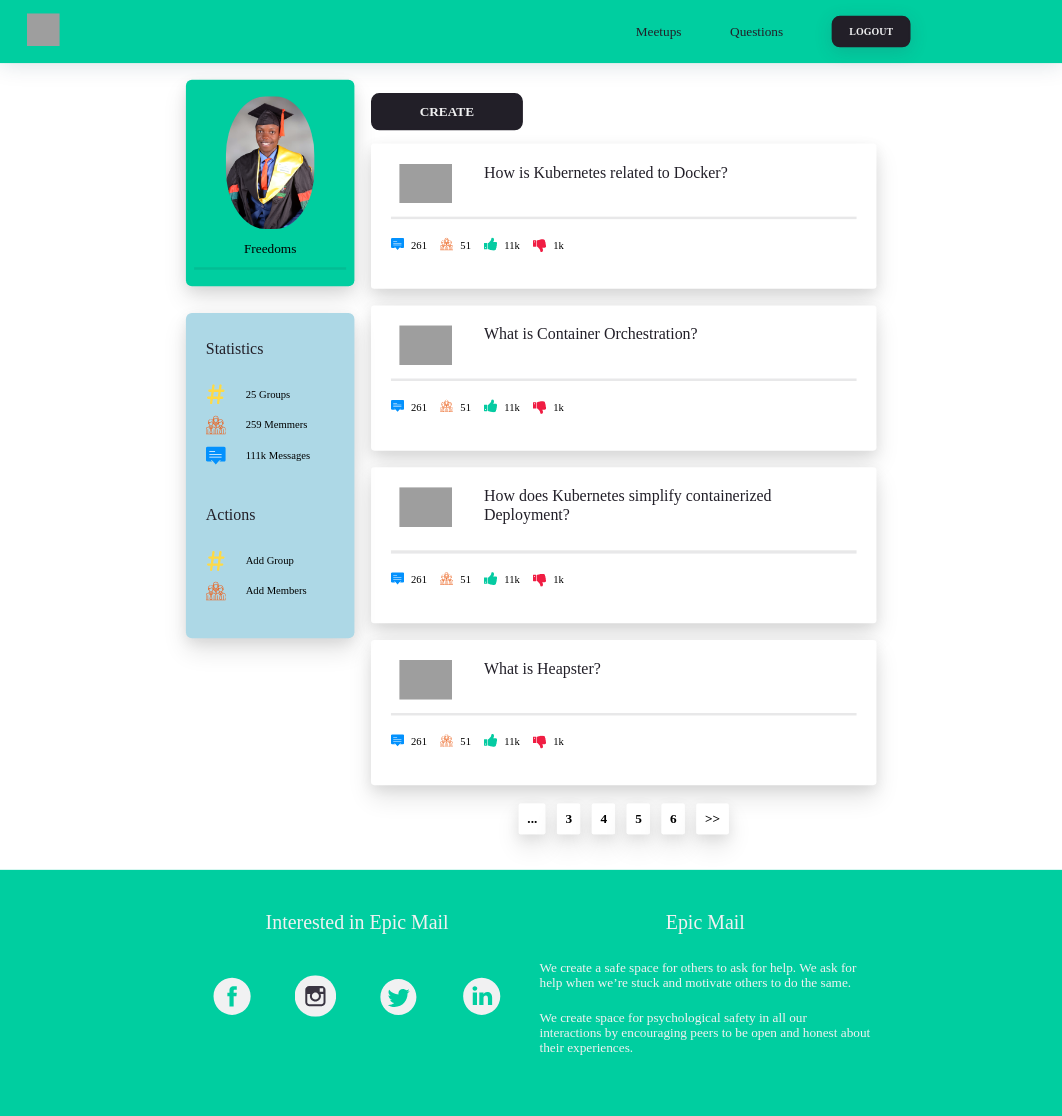
Repository: Gfreedoms/Epic-Mail
Page: pages/admin/profile.html
These files come from the project's save history. The page is drawn as it stood at one moment and after the next save; the edit follows.
The browser window is 1280 px wide. The pictures show the whole page, at 83% of full size.
Pictures or frames that could not be fetched are drawn as grey boxes. Some web fonts or font styles are not loaded; a fallback is used.

Above is the page before, as saved 2019-02-27 18:25:41.

After the next save:
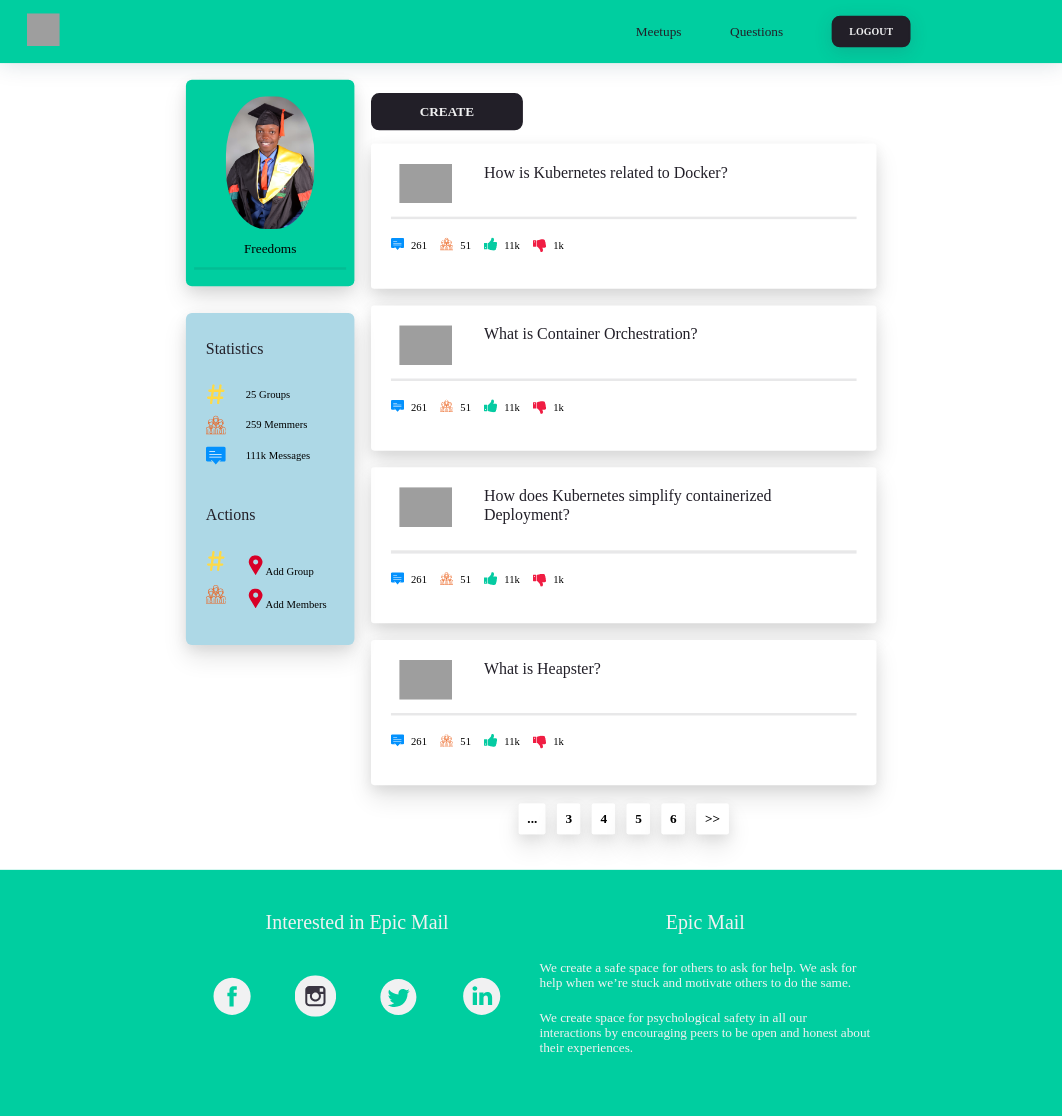
Saved 11 h 43 min later.
--- a/pages/admin/profile.html
+++ b/pages/admin/profile.html
@@ -80,11 +80,12 @@
 						<ul class="list-items">
 							<li>
 								<img src="../../assets/imgs/icons/hastag.svg" alt="">
-								<span>Add Group</span>
+								<span><a href="#!"><img src="../assets/imgs/icons/pointer.svg" alt=""></a>Add Group</span>
+
 							</li>
 							<li>
 								<img src="../../assets/imgs/icons/people.svg" alt="">
-								<span>Add Members</span>
+								<span><a href="#!"><img src="../assets/imgs/icons/pointer.svg" alt=""></a>Add Members</span>
 							</li>
 
 						</ul>
